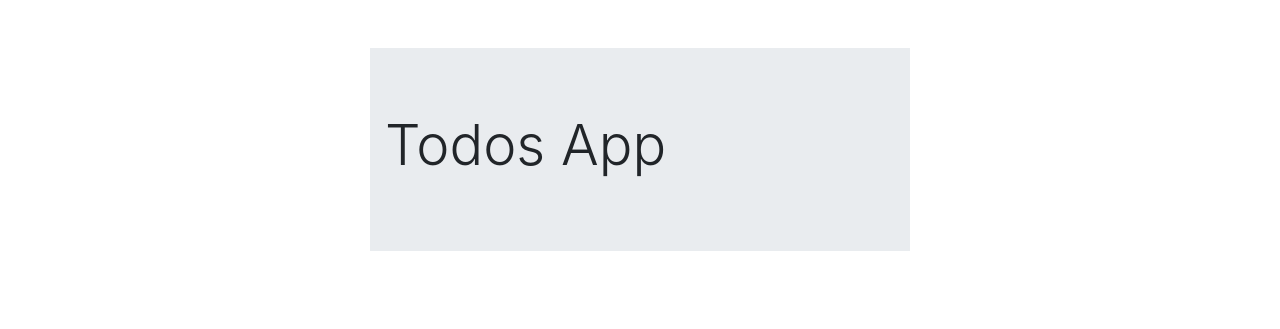
Repository: nguyenan97/todo-app-react
Page: / (app in todo-app/)
These files come from the project's save history. The page is drawn as it stood at one moment and after the next save; the edit follows.
The browser window is 1280 px wide. The pictures show the whole page.
The project was rebuilt for these pictures with package versions that can differ from the ones it lists, and the page was loaded fresh each time. Also part of the build but not shown: todo-app/src/App.css.

Above is the page before, as saved 2019-12-27 12:25:35.

### todo-app/public/index.html
<!DOCTYPE html>
<html lang="en">
  <head>
    <meta charset="utf-8" />
    <link rel="icon" href="%PUBLIC_URL%/favicon.ico" />
    <meta name="viewport" content="width=device-width, initial-scale=1" />
    <meta name="theme-color" content="#000000" />
    <meta
      name="description"
      content="Web site created using create-react-app"
    />
    <link rel="apple-touch-icon" href="%PUBLIC_URL%/logo192.png" />
    <!--
      manifest.json provides metadata used when your web app is installed on a
      user's mobile device or desktop. See https://developers.google.com/web/fundamentals/web-app-manifest/
    -->
    <link rel="manifest" href="%PUBLIC_URL%/manifest.json" />
    <!--
      Notice the use of %PUBLIC_URL% in the tags above.
      It will be replaced with the URL of the `public` folder during the build.
      Only files inside the `public` folder can be referenced from the HTML.

      Unlike "/favicon.ico" or "favicon.ico", "%PUBLIC_URL%/favicon.ico" will
      work correctly both with client-side routing and a non-root public URL.
      Learn how to configure a non-root public URL by running `npm run build`.
    -->
    <link rel="stylesheet" href="https://stackpath.bootstrapcdn.com/bootstrap/4.4.1/css/bootstrap.min.css" integrity="sha384-Vkoo8x4CGsO3+Hhxv8T/Q5PaXtkKtu6ug5TOeNV6gBiFeWPGFN9MuhOf23Q9Ifjh" crossorigin="anonymous">
    <title>React App</title>
  </head>
  <body>
    <noscript>You need to enable JavaScript to run this app.</noscript>
    <div class="container">
      <div class="row">
        <div class="col-md-6 offset-md-3 mt-5">
          <div id="root"></div>
        </div>
      </div>
    </div>

    <!--
      This HTML file is a template.
      If you open it directly in the browser, you will see an empty page.

      You can add webfonts, meta tags, or analytics to this file.
      The build step will place the bundled scripts into the <body> tag.

      To begin the development, run `npm start` or `yarn start`.
      To create a production bundle, use `npm run build` or `yarn build`.
    -->
    <script src="https://code.jquery.com/jquery-3.4.1.slim.min.js" integrity="sha384-J6qa4849blE2+poT4WnyKhv5vZF5SrPo0iEjwBvKU7imGFAV0wwj1yYfoRSJoZ+n" crossorigin="anonymous"></script>
    <script src="https://cdn.jsdelivr.net/npm/popper.js@1.16.0/dist/umd/popper.min.js" integrity="sha384-Q6E9RHvbIyZFJoft+2mJbHaEWldlvI9IOYy5n3zV9zzTtmI3UksdQRVvoxMfooAo" crossorigin="anonymous"></script>
    <script src="https://stackpath.bootstrapcdn.com/bootstrap/4.4.1/js/bootstrap.min.js" integrity="sha384-wfSDF2E50Y2D1uUdj0O3uMBJnjuUD4Ih7YwaYd1iqfktj0Uod8GCExl3Og8ifwB6" crossorigin="anonymous"></script>
  </body>
</html>

### todo-app/src/App.js
import React from 'react';
import './App.css';

function App() {
  return (
    <div className="jumbotron jumbotron-fluid">
      <div className="container">
        <h1 className="display-4">Todos App</h1>
      </div>
    </div>
  );
}

export default App;

Loaded but not shown: todo-app/src/index.js (common file); todo-app/src/index.css (common file); todo-app/src/serviceWorker.js (common file)

After the next save:
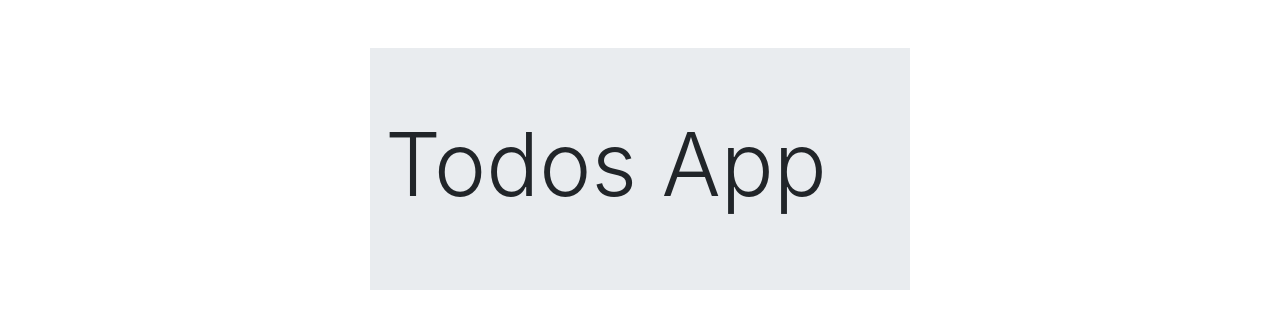
Saved 7 s later.
--- a/todo-app/src/App.js
+++ b/todo-app/src/App.js
@@ -5,7 +5,7 @@
   return (
     <div className="jumbotron jumbotron-fluid">
       <div className="container">
-        <h1 className="display-4">Todos App</h1>
+        <h1 className="display-2">Todos App</h1>
       </div>
     </div>
   );
